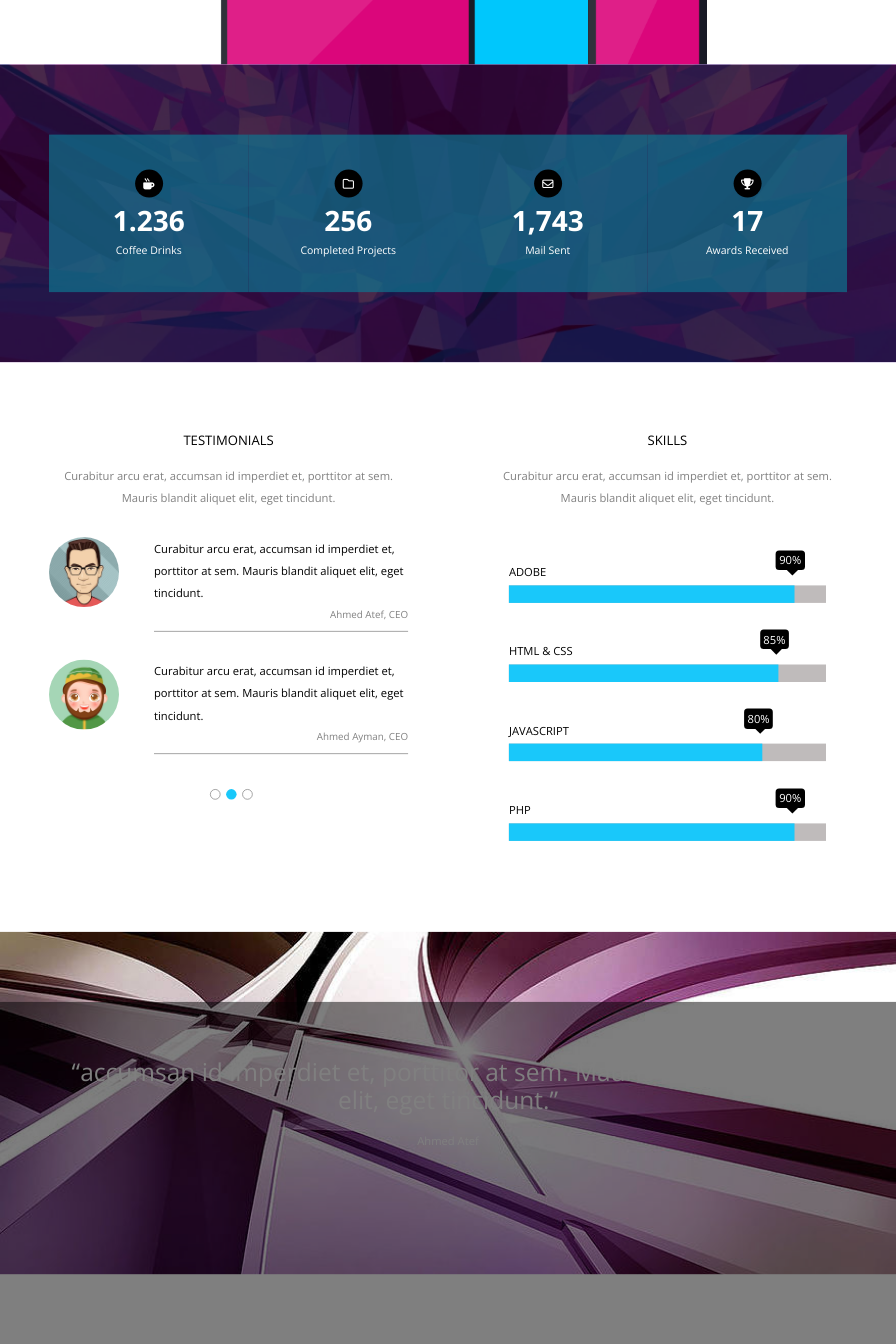
Repository: Ahmed123rezk123/Template_2
Page: index.html
These files come from the project's save history. The page is drawn as it stood at one moment and after the next save; the edit follows.
The browser window is 1280 px wide. The pictures show the part of the page from y = 4536 to 6456 px (the page is 6456 px tall before and 6356 px after), at 70% of full size.
A picture or video elsewhere on the page could not be fetched, so the positions and the page height are approximate. Some web fonts or font styles are not loaded; a fallback is used.

Above is the page before, as saved 2024-04-15 19:33:45.

After the next save:
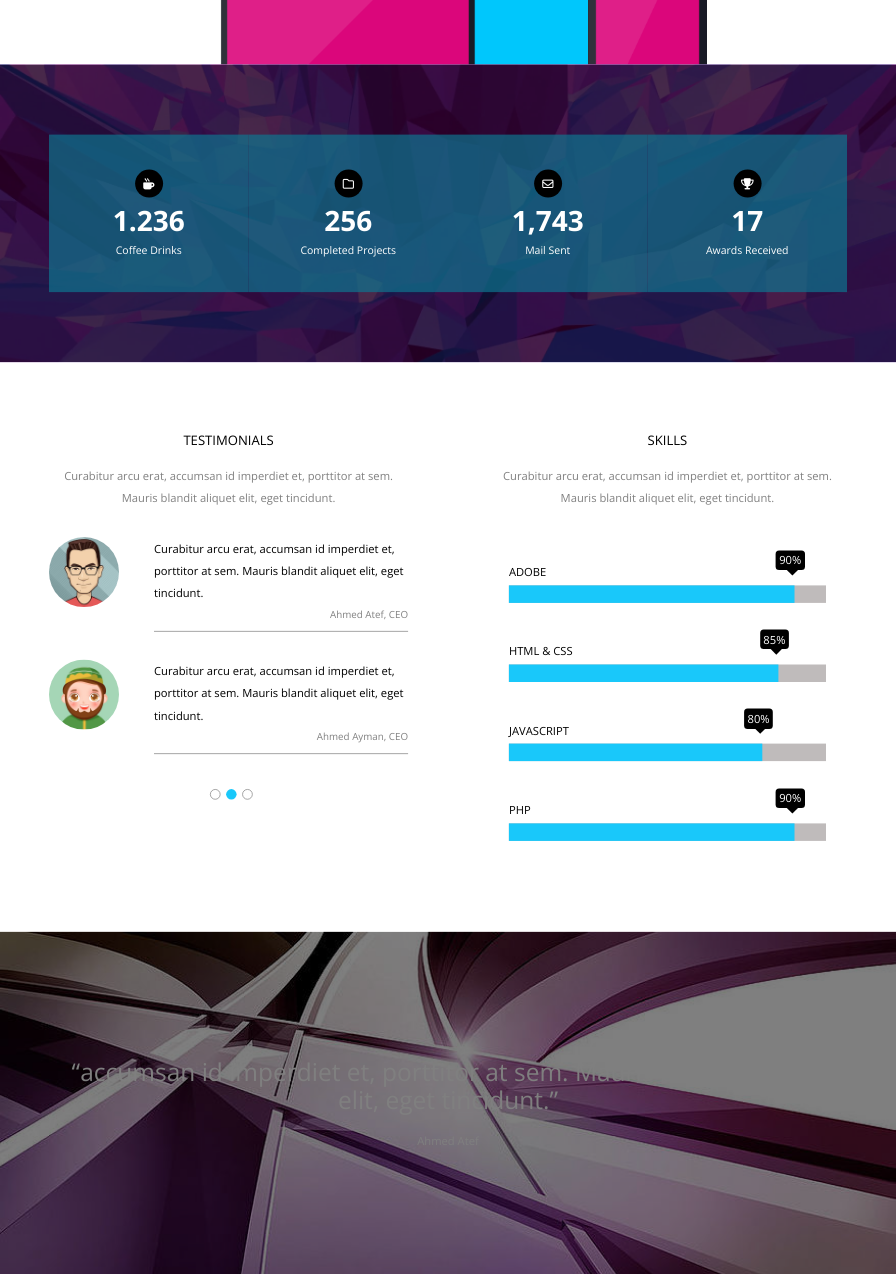
Saved 6 s later.
--- a/css/kasper.css
+++ b/css/kasper.css
@@ -806,6 +806,8 @@ position: relative;
     background-color: rgba(0, 0, 0, 50%);
     width: 100%;
     height: 100%;
+    top: 0;
+    left: 0;
 }
 .quote .container .content {
 text-align: center;
